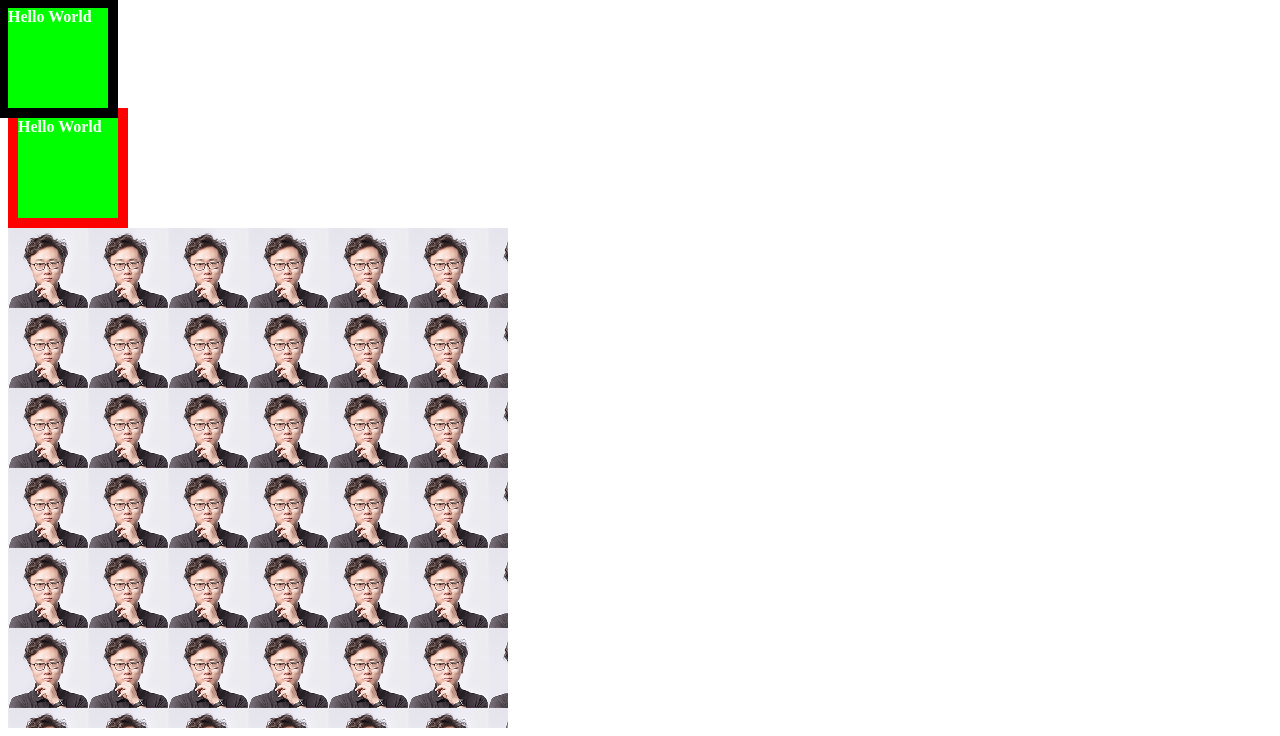
Repository: herjuandlonely/github.io
Page: test.html
These files come from the project's save history. The page is drawn as it stood at one moment and after the next save; the edit follows.
The browser window is 1280 px wide. The pictures show the whole page.

Above is the page before, as saved 2022-07-01 23:53:38.

### test.html
<!DOCTYPE html>
<html lang="en">
<head>
    <meta charset="UTF-8">
    <meta http-equiv="X-UA-Compatible" content="IE=edge">
    <meta name="viewport" content="width=device-width, initial-scale=1.0">
    <title>Document</title>
    <style>
        .test{
            height: 100px;
            width: 100px;
            color: white;
            font-weight: bold;
            background-color: #00ff00;
            outline: black solid 10px;
        }
        .test2{
            height: 100px;
            width: 100px;
            color: white;
            font-weight: bold;
            background-color: #0f0;
            border: red solid 10px;
        }
        .test3{
            width: 500px;
            height: 500px;
            background-image: url(./image/80.GIF);

        }
    </style>
</head>
<body>
    <div class="test">Hello World</div>
    <div class="test2">Hello World</div>
    <div class="test3"></div>
</body>
</html>

After the next save:
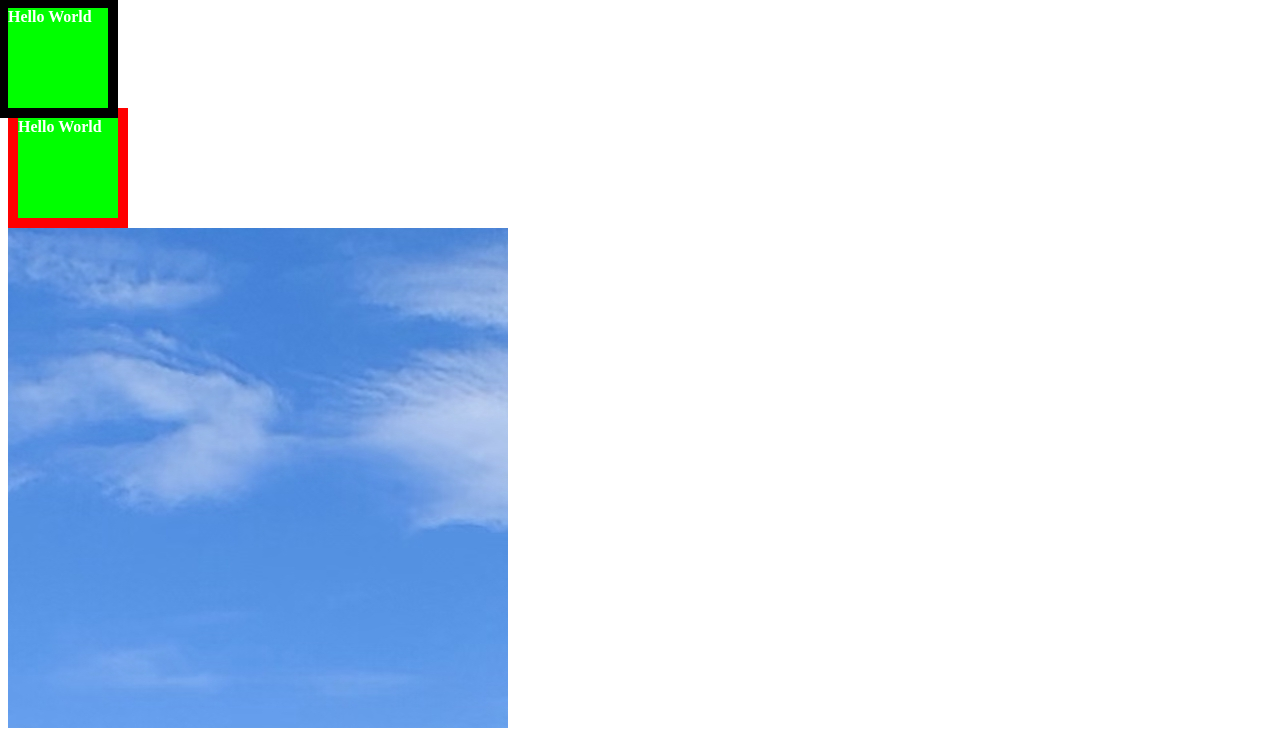
Saved 21 s later.
--- a/test.html
+++ b/test.html
@@ -25,7 +25,7 @@
         .test3{
             width: 500px;
             height: 500px;
-            background-image: url(./image/80.GIF);
+            background-image: url(./image/IMG_20220625_204302.JPG);
 
         }
     </style>
